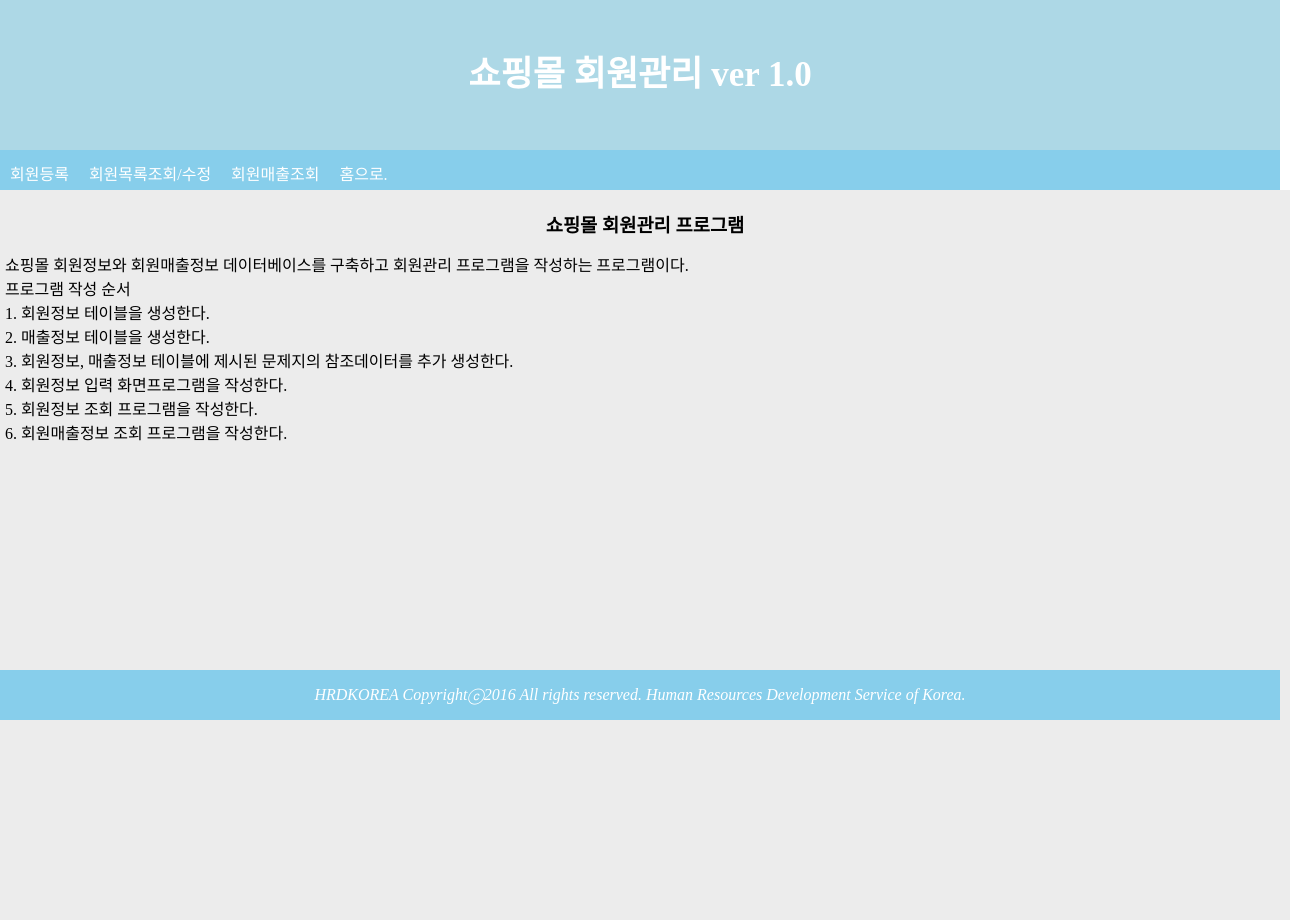
Repository: eunbiro/HRD_1234
Page: http://localhost/HRD_1234/
The author's editor kept a copy of each file at every save. The page is drawn from the files as they stood at one save, then again after the next save.
The browser window is 1280 px wide. The page is 1290 px wide, so the pictures cover 1290 px, including what lies to the right of the window. The pictures show the whole page.
The page is served by Tomcat 9.

Above is the page before, as saved 2022-12-19 09:10:33.

After the next save:
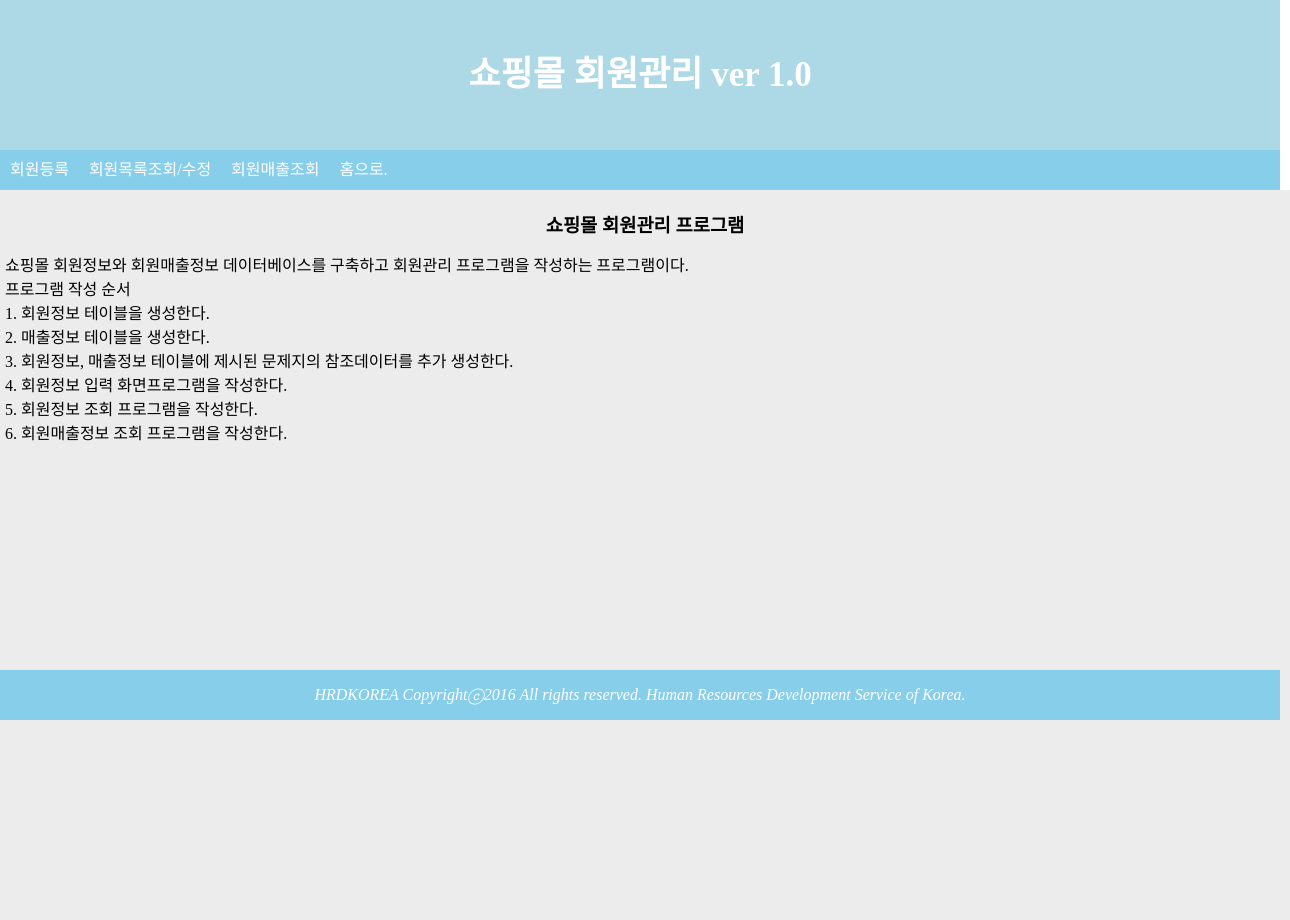
Saved 10 s later.
--- a/HRD_1234/src/main/webapp/style.css
+++ b/HRD_1234/src/main/webapp/style.css
@@ -19,7 +19,7 @@
 
 nav ul {
 	height: 40px;
-	line-height: 50px;
+	line-height: 40px;
 	width: 100%;
 	background: skyblue;
 	overflow: hidden;
